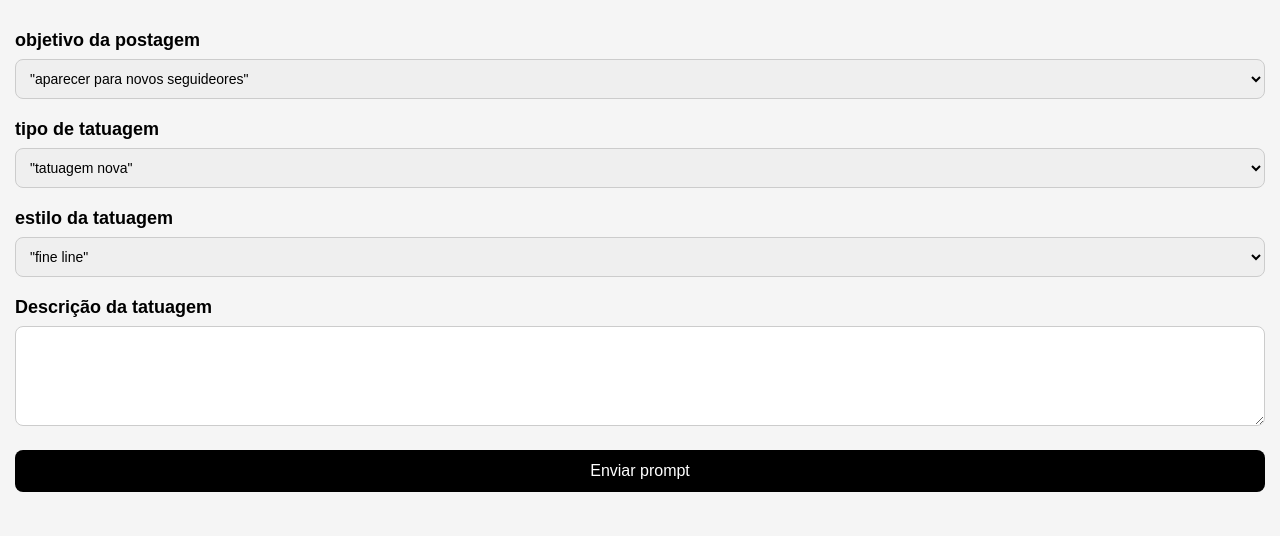
Repository: Ubiratandev/ink_api
Page: ink_IA/ink_ia.html
The author's editor kept a copy of each file at every save. The page is drawn from the files as they stood at one save, then again after the next save.
The browser window is 1280 px wide. The pictures show the whole page.

Above is the page before, as saved 2026-03-25 00:08:13.

### ink_IA/ink_ia.html
<!DOCTYPE html>
<html>
<head>
    <link rel="stylesheet" href="styles.css">
    <title>Ink IA</title>
</head>
<body>
   <div class="objetivo">
    <h2>objetivo da postagem</h2>
    <select value = "Objetivo da postagem:" id = "objetivo" onchange={changeObjetivo()}>
    <optgroup>
        <option value = "aparecer para novos seguideores"> "aparecer para novos seguideores"</option>
        <option value = "engajar com pessoas que ja viram as suas postagens">"engajar com pessoas que ja viram as suas postagens"</option>
        <option value = "vender para pessoas que ja engajaram com voce">"vender para pessoas que ja engajaram com voce"</option>
    </optgroup>
   </select>
   <script>
    const changeObjetivo =()=>{
   const objetivo = document.getElementById("objetivo").value;
   }
   </script>
   </div>

   <div class="tipo_tatuagem">


    <h2>tipo de tatuagem</h2>
    <select value = "tipo de tatuagem" id ="tipo" onchange={changeTipo()}>
    <optgroup>
        <option value = "tatuagem nova"> "tatuagem nova"</option>
        <option value = "cobertura">"cobertura"</option>
        <option value = "reforma">"reforma"</option>
    </optgroup>
   </select>
   <script>
   const changeTipo =()=>{
    const tipo = document.getElementById("tipo").value;
   }
   </script>
   </div>



   <div class="estilo da tatuagem">


    <h2>estilo da tatuagem</h2>
    <select value = "estilo da tatuagem" id = "estilo" onchange = {changeEstilo()}>
    <optgroup>
        <option value = "fine line"> "fine line"</option>
        <option value = "realismo preto e cinza">"realismo preto e cinza"</option>
        <option value = "realismo colorido">"realismo colorido"</option>
        <option value = "neotradicional">"neotradicional"</option>

    </optgroup>
   </select>
   <script>
    const changeEstilo = ()=>{
        const estilo = document.getElementById("estilo").value;
    }
   </script>
   </div>

<div>
  <h2>Descrição da tatuagem</h2>

  <textarea id="descricao"></textarea>


  <script>
    let desc = "";

    const descricao = document.getElementById("descricao");

    descricao.addEventListener("input", () => {
      desc = descricao.value;

    });
  </script>
</div>

<script>
    function abrirModal(texto) {
  document.getElementById("conteudoResposta").innerText = texto;
  document.getElementById("modal").style.display = "block";
}

function fecharModal() {
  document.getElementById("modal").style.display = "none";
}
</script>

    <div id="modal" style="display:none; position:fixed; top:0; left:0; width:100%; height:100%; background:rgba(0,0,0,0.6);">

  <div style="background:white; padding:20px; margin:10% auto; width:60%; border-radius:10px;">

    <button onclick="fecharModal()">X</button>

    <h3>Resultado</h3>
    <p id="conteudoResposta"></p>

  </div>

</div>


   <div>
<button onclick="enviarPrompt()">Enviar prompt</button>
   <script>
    const enviarPrompt =()=>{
        let prompt = `Você é um especialista em marketing para tatuadores.

Crie uma legenda para Instagram com base EXCLUSIVAMENTE nas informações abaixo:

Descrição: ${desc}
Tipo: ${tipo}
Estilo: ${estilo}
Objetivo: ${objetivo}

REGRAS IMPORTANTES:
- NÃO invente elementos que não estão na descrição
- NÃO substitua palavras por sinônimos (ex: borboleta ≠ mariposa)
- Use exatamente os conceitos fornecidos
- Seja fiel à descrição
- Não adicione nada que não seja referente a postagem, nem comentarios nem observações

A legenda deve:
- Ser envolvente e natural
- Conversar com o público de tatuagem
- Incluir um CTA sutil

Inclua também:
- 10 hashtags relevantes BASEADAS SOMENTE na descrição

Formato:

Legenda:
CTA:
Hashtags:`
enviar(prompt)
    }
   </script>
   </div>

   <script>
    async function enviar(prompt) {

  const response = await fetch("http://localhost:5000/gerar", {
    method: "POST",
    headers: {
      "Content-Type": "application/json"
    },
    body: JSON.stringify({
      prompt: prompt
    })
  });

  const data = await response.json();
abrirModal(data.resposta);
  console.log(data.resposta);

}
   </script>
</body>
</html>

### ink_IA/styles.css
/* RESET básico */
body {
  margin: 0;
  padding: 15px;
  font-family: Arial, sans-serif;
  background: #f5f5f5;
}

/* títulos */
h2 {
  font-size: 18px;
  margin-bottom: 8px;
}

/* containers */
.objetivo,
.tipo_tatuagem,
.estilo,
div {
  margin-bottom: 20px;
}

/* inputs */
select,
textarea {
  width: 100%;
  padding: 10px;
  border-radius: 8px;
  border: 1px solid #ccc;
  font-size: 14px;
  box-sizing: border-box;
}

/* textarea */
textarea {
  min-height: 100px;
  resize: vertical;
}

/* botão */
button {
  width: 100%;
  padding: 12px;
  background: black;
  color: white;
  border: none;
  border-radius: 8px;
  font-size: 16px;
  cursor: pointer;
}

button:hover {
  background: #333;
}

/* MODAL */
#modal {
  display: none;
  position: fixed;
  top: 0;
  left: 0;
  width: 100%;
  height: 100%;
  background: rgba(0,0,0,0.6);
}

#modal .box {
  background: white;
  padding: 20px;
  margin: 20% auto;
  width: 90%;
  border-radius: 10px;
  max-height: 70vh;
  overflow-y: auto;
}

/* texto do modal */
#conteudoResposta {
  white-space: pre-line;
  font-size: 14px;
  line-height: 1.5;
}

/* botão fechar */
#modal button {
  width: auto;
  background: red;
  margin-bottom: 10px;
}

After the next save:
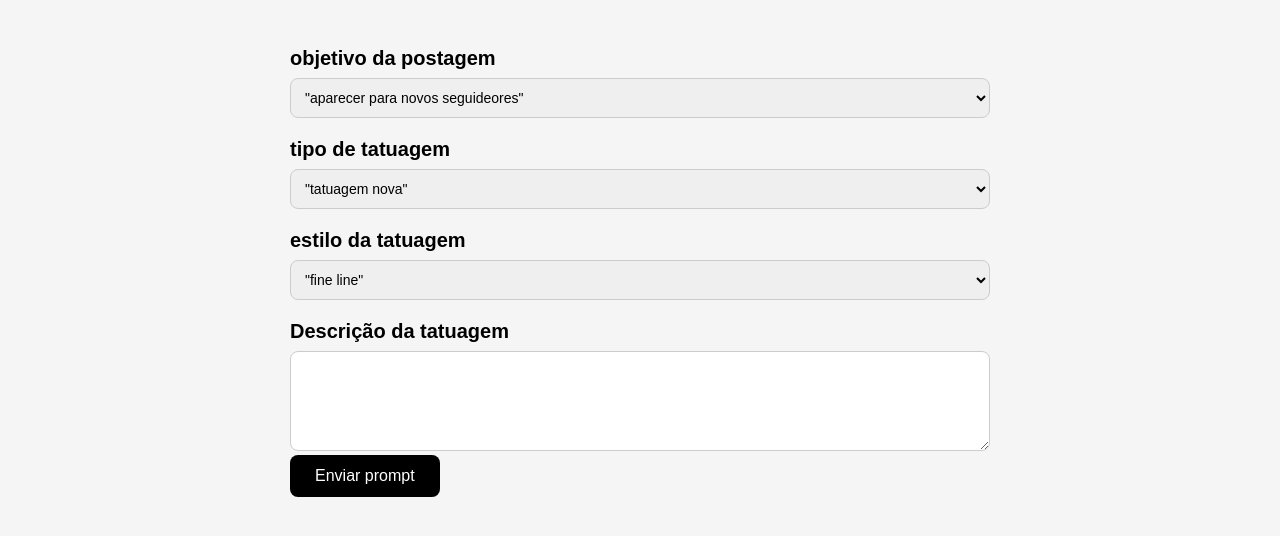
Saved 35 s later.
--- a/ink_IA/styles.css
+++ b/ink_IA/styles.css
@@ -87,3 +87,32 @@ button:hover {
   background: red;
   margin-bottom: 10px;
 }
+
+
+
+@media (min-width: 768px) {
+
+  body {
+    padding: 30px;
+  }
+
+  /* centraliza layout */
+  body > div {
+    max-width: 700px;
+    margin: auto;
+  }
+
+  button {
+    width: auto;
+    padding: 12px 25px;
+  }
+
+  #modal .box {
+    width: 60%;
+    margin: 10% auto;
+  }
+
+  h2 {
+    font-size: 20px;
+  }
+}
